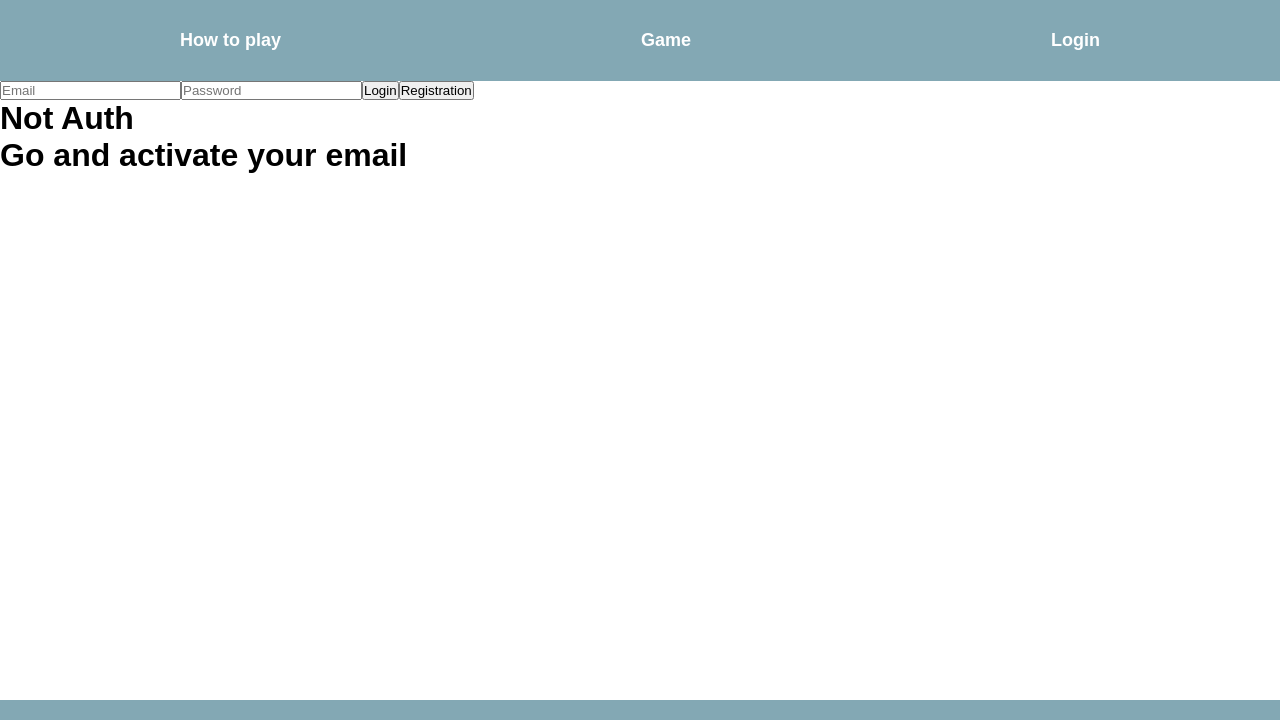
Repository: nika-otter/2048
Page: /login (app in client/)
The author's editor kept a copy of each file at every save. The page is drawn from the files as they stood at one save, then again after the next save.
The browser window is 1280 px wide. The pictures show the whole page.
The project was rebuilt for these pictures with package versions that can differ from the ones it lists, and the page was loaded fresh each time. Also part of the build but not shown: client/src/pages/account/index.jsx, client/src/components/GamePage/GamePage.module.scss, client/src/components/ScoreTable/ScoreTable.module.scss, client/src/components/ScoreTable/ScoreTable.jsx, client/src/components/Game/Tile.jsx, client/src/components/Game/Cell.jsx, client/src/helper/index.js, client/src/hooks/useEvent.jsx and 9 more.

Above is the page before, as saved 2023-04-30 17:50:46.

### client/src/index.js
import React from "react";
import ReactDOM from "react-dom/client";
import "./index.css";
import App from "./App";
import { BrowserRouter } from "react-router-dom";
import Store from "./store/store";

const store = new Store();

export const Context = React.createContext({
  store,
});

const root = ReactDOM.createRoot(document.getElementById("root"));
root.render(
  <Context.Provider value={{ store }}>
    <BrowserRouter>
      <App />
    </BrowserRouter>
  </Context.Provider>
);

### client/src/index.css
* {
  box-sizing: border-box;
  margin: 0;
  padding: 0;
}
#root {
  width: 100vw;
  height: 100%;
}

body {
  /* background-color: #ffffff;
  display: flex;
  justify-content: center;
  align-items: center;*/
  /* height: 100vh; */
  height: 100%;
}
html {
  height: 100%;
}
code {
  font-family: source-code-pro, Menlo, Monaco, Consolas, "Courier New",
    monospace;
}

### client/src/App.js
import { useContext, useEffect, useState } from "react";
import "./App.css";
import LoginForm from "./components/Login/LoginForm";
import AppRouter from "./router/AppRouter";
import { Context } from "./index";
import { observer } from "mobx-react-lite";
import UserService from "./services/UserService";
function App() {
  // const { store } = useContext(Context);
  // const [users, setUsers] = useState([]);
  // useEffect(() => {
  //   if (localStorage.getItem("token")) {
  //     // console.log(localStorage.getItem("token"));
  //     store.checkAuth();
  //   }
  // }, []);

  // if (store.isLoading) {
  //   return <div>Loading...</div>;
  // }
  // async function getUsers() {
  //   try {
  //     const response = await UserService.fetchUsers();
  //     setUsers(response.data);
  //     console.log(response);
  //     setUsers(response.data);
  //   } catch {}
  // }
  return (
    <div className="App">
      <AppRouter />
      {/* <h1>{store.isAuth ? `User: ${store.user.email}` : "Not Auth"}</h1>
      <h1>
        {" "}
        {store.user.isActivated ? `Activated` : "Go and activate your email"}
      </h1>
      <button onClick={() => store.logout()}>Logout</button>
      <button onClick={getUsers}>Get users</button>
      {users.map((user) => (
        <div key={user.email}>{user.email}</div>
      ))}      */}
      {/* <LoginForm /> */}
    </div>
  );
}

export default observer(App);

### client/src/store/store.js
import { makeAutoObservable } from "mobx";
import AuthService from "../services/AuthService";
import axios from "axios";
import { API_URL } from "../http";
import UserService from "../services/UserService";

export default class Store {
  user = {};
  isAuth = false;
  isLoading = false;
  scores = {};
  constructor() {
    makeAutoObservable(this);
  }
  setAuth(bool) {
    this.isAuth = bool;
  }
  setUser(user) {
    this.user = user;
  }

  setLoading(bool) {
    this.isLoading = bool;
  }

  setScores(scores) {
    this.scores = scores;
  }

  async login(email, password) {
    console.log("login");
    try {
      const response = await AuthService.login(email, password);
      console.log(response);
      localStorage.setItem("token", response.data.accessToken);
      this.setAuth(true);
      this.setUser(response.data.user);
      console.log(response.data.user);
    } catch (e) {
      console.log(e.response?.data?.message);
    }
  }

  async registration(email, password) {
    try {
      const response = await AuthService.registration(email, password);
      console.log(response);
      localStorage.setItem("token", response.data.accessToken);
      this.setAuth(true);
      this.setUser(response.data.user);
    } catch (e) {
      console.log(e.response?.data?.message);
    }
  }

  async logout() {
    try {
      const response = await AuthService.logout();
      console.log(response);
      localStorage.removeItem("token", response.data.accessToken);
      this.setAuth(false);
      this.setUser({});
    } catch (e) {
      console.log(e.response?.data?.message);
    }
  }

  async checkAuth() {
    console.log("checkAuth");
    this.setLoading(true);
    try {
      const response = await axios.get(`${API_URL}/refresh`, {
        withCredentials: true,
      });
      console.log(response, "response checkAuth");
      console.log(
        response.data.accessToken,
        "response.data.accessToken checkAuth"
      );
      localStorage.setItem("token", response.data.accessToken);

      this.setAuth(true);
      this.setUser(response.data.user);
    } catch (e) {
      console.log(e.response?.data?.message);
    } finally {
      this.setLoading(false);
    }
  }

  async saveScore(email, score) {
    try {
      const response = await UserService.updateScore(email, score);
      //   this.scores = response.data.user.scores;
      console.log(response.data.user.scores);
    } catch (e) {
      console.log(e.response?.data?.message);
    }
  }
  async getScores(email) {
    this.setLoading(true);
    try {
      const response = await UserService.getScores(email);
      console.log(response, "response getScores store");
      this.setScores(response.data.user.scores);
      //   console.log(response.data.user.scores);
    } catch (e) {
      console.log(e.response?.data?.message);
    } finally {
      // this.setLoading(false);
    }
  }
}

### client/src/App.css
.App {
  /* position: relative; */
  display: flex;
  flex-direction: column;
  height: 100%;
  /* background-color: rgb(188, 121, 39); */
}
/* main {
  flex: 1 0 auto;
} */

### client/src/components/Login/LoginForm.js
import React, { useContext, useState } from "react";
import { Context } from "../../index";
import { observer } from "mobx-react-lite";

const LoginForm = () => {
  const [email, setEmail] = useState("");
  const [password, setPassword] = useState("");
  const { store } = useContext(Context);

  return (
    <div>
      <input
        onChange={(e) => setEmail(e.target.value)}
        value={email}
        type="text"
        placeholder="Email"
      />
      <input
        onChange={(e) => setPassword(e.target.value)}
        value={password}
        type="password"
        placeholder="Password"
      />
      <button onClick={() => store.login(email, password)}>Login</button>
      <button onClick={() => store.registration(email, password)}>
        Registration
      </button>
    </div>
  );
};
export default observer(LoginForm);

### client/src/router/AppRouter.jsx
import { Routes, Route } from "react-router-dom";
import Account from "../pages/Account";
import Game from "../pages/Game";
import Instruction from "../pages/Instruction";
import Login from "../pages/Login";

const AppRouter = () => {
  return (
    <Routes>
      {/* <Route path="/game" element={<Game />} /> */}
      {/* <Route path="/account" element={<Account />} /> */}
      <Route path="/how-to-play" element={<Instruction />} />
      <Route path="/" element={<Game />} />
      <Route path="/login" element={<Login />} />
    </Routes>
  );
};

export default AppRouter;

### client/src/services/UserService.js
import $api from "../http";
export default class UserService {
  static fetchUsers() {
    return $api.get("/users");
  }

  static updateScore(email, score) {
    return $api.post(`/score`, { email, score });
  }

  static async getScores(email) {
    return $api.post(`/scores`, { email });
  }
}

### client/src/services/AuthService.js
import $api from "../http";
export default class AuthService {
  static async login(email, password) {
    return $api.post("/login", { email, password });
  }
  static async registration(email, password) {
    return $api.post("/registration", { email, password });
  }
  static async logout() {
    return $api.post("/logout");
  }
}

### client/src/http/index.js
import axios from "axios";

export const API_URL = "http://localhost:5000/api";

const $api = axios.create({
  withCredentials: true,
  baseURL: API_URL,
});

$api.interceptors.request.use((config) => {
  config.headers.Authorization = `Bearer ${localStorage.getItem("token")}`;
  return config;
});

$api.interceptors.response.use(
  (config) => {
    return config;
  },
  async (error) => {
    const originalRequest = error.config;
    if (
      error.response.status === 401 &&
      error.config &&
      !error.config._isRetry
    ) {
      originalRequest._isRetry = true;
      try {
        const response = await axios.get(`${API_URL}/refresh`, {
          withCredentials: true,
        });
        console.log(response, "response http");
        localStorage.setItem("token", response.data.accessToken);
        return $api.request(originalRequest);
      } catch (e) {
        console.log(e);
        console.log("НЕ АВТОРИЗОВАН");
      }
    }
    throw error;
  }
);
export default $api;

### client/src/pages/Login/index.jsx
import { useContext, useEffect, useState } from "react";
import Header from "../../components/Header/Header";
import LoginForm from "../../components/Login/LoginForm";
import { Context } from "../..";
import UserService from "../../services/UserService";
import { observer } from "mobx-react-lite";
import Footer from "../../components/Footer/Footer";
import LoginPage from "../../components/LoginPage/LoginPage";

function Login() {
  // const { store } = useContext(Context);
  // const [users, setUsers] = useState([]);
  // const [scores, setScores] = useState([]);
  // // console.log(store.user.scores, "store.user from login index.jsx");

  // useEffect(() => {
  //   if (localStorage.getItem("token")) {
  //     console.log(localStorage.getItem("token"), "token from login index.jsx");
  //     store.checkAuth();
  //   }
  // }, []);

  // if (store.isLoading) {
  //   return <div>Loading...</div>;
  // }
  // async function getUsers() {
  //   try {
  //     const response = await UserService.fetchUsers();
  //     // setUsers(response.data);
  //     console.log(response);
  //     setUsers(response.data);
  //   } catch (e) {
  //     console.log(e, "Error");
  //   }
  // }

  // async function getScores(email) {
  //   console.log(email, "email from getScores");
  //   try {
  //     const response = await UserService.getScores(email);
  //     // setUsers(response.data);
  //     console.log(response, "response from getScores");
  //     // console.log(response.data.data.user.scores, "response.data.user.scores");
  //     setScores(response.data.scores);
  //   } catch (e) {
  //     console.log(e, "Error");
  //   }
  // }
  return (
    <>
      <LoginPage />
    </>
  );
}

export default observer(Login);

### client/src/components/Footer/Footer.jsx
import classes from "./Footer.module.scss";

function Footer() {
  return <footer className={classes.footer}></footer>;
}

export default Footer;

### client/src/components/Header/Header.jsx
import { Link } from "react-router-dom";
import classes from "./Header.module.scss";

function Header() {
  return (
    <header className={classes.header}>
      <Link className={classes.link} to="/how-to-play">
        How to play
      </Link>
      <Link className={classes.link} to="/">
        Game
      </Link>
      <Link className={classes.link} to="/login">
        Login
      </Link>
    </header>
  );
}

export default Header;

### client/src/components/LoginPage/LoginPage.jsx
import classes from "./LoginPage.module.scss";
import LoginForm from "../Login/LoginForm";
import { useContext, useEffect, useState } from "react";
import { Context } from "../..";
import Header from "../Header/Header";
import Footer from "../Footer/Footer";
import { observer } from "mobx-react-lite";
import LoginInfo from "../Login/LoginInfo";

function LoginPage() {
  //   const { store } = useContext(Context);
  //   //  const [users, setUsers] = useState([]);
  //   //  const [scores, setScores] = useState([]);
  //   // console.log(store.user.scores, "store.user from login index.jsx");

  //   useEffect(() => {
  //     if (localStorage.getItem("token")) {
  //       console.log(localStorage.getItem("token"), "token from login index.jsx");
  //       store.checkAuth();
  //     }
  //   }, []);

  //   if (store.isLoading) {
  //     return <div>Loading...</div>;
  //   }
  return (
    <>
      <Header />
      <main className={classes.main}>
        {/* <LoginForm /> */}
        <LoginInfo />
      </main>
      <Footer />
    </>
  );
}

export default observer(LoginPage);

### client/src/components/Footer/Footer.module.scss
.footer {
  flex: 0 0 auto;
  height: 20px;
  background-color: rgb(131, 168, 180);
  width: 100%;
}

### client/src/components/Header/Header.module.scss
.header {
  display: flex;
  justify-content: space-around;
  background-color: #83a8b4;
  width: 100%;
}
.link {
  color: white;
  text-decoration: none;
  font-size: large;
  margin-top: 20px;
  margin-bottom: 20px;
  padding: 10px;
  font-weight: bold;
  border-radius: 5px;
  &:hover {
    color: rgb(106, 134, 144);
    background-color: rgb(255, 255, 255);
  }
}

### client/src/components/LoginPage/LoginPage.module.scss
.main {
  flex: 1 0 auto;
}

### client/src/components/Login/LoginInfo.jsx
// import classes from "./LoginPage.module.scss";
import LoginForm from "../Login/LoginForm";
import { useContext, useEffect, useState } from "react";
import { Context } from "../..";
import Header from "../Header/Header";
import Footer from "../Footer/Footer";
import { observer } from "mobx-react-lite";

function LoginInfo() {
  const { store } = useContext(Context);

  useEffect(() => {
    if (localStorage.getItem("token")) {
      console.log(localStorage.getItem("token"), "token from login index.jsx");
      store.checkAuth();
    }
  }, []);

  if (store.isLoading) {
    return <div>Loading...</div>;
  }
  return (
    <>
      {store.isAuth ? <></> : <LoginForm />}

      <h1>{store.isAuth ? `User: ${store.user.email}` : "Not Auth"}</h1>
      <h1>
        {store.user.isActivated && store.isAuth
          ? `Activated`
          : "Go and activate your email"}
      </h1>
      {store.isAuth ? (
        <button onClick={() => store.logout()}>Logout</button>
      ) : (
        <> </>
      )}
    </>
  );
}

export default observer(LoginInfo);

### client/src/components/Game/Board.scss
// @font-face {
//   font-family: "Clear Sans";
//   src: url("../src/clear-sans.ttf") format("truetype");
// }

body {
  display: flex;
  //   background: rgb(2,0,36);
  // background: linear-gradient(90deg, rgba(2,0,36,1) 0%, rgba(87,64,124,1) 47%, rgba(0,212,255,1) 100%);
  //   color: white;
  // flex-direction: column;
  // justify-content: center;
  // align-content: center;
  // align-items: center;
  font-family: "Clear Sans", sans-serif;
  // font-size: 21px;
}

.text {
  // order: 2;
  // padding-top: 40px;
  // width: 440px;
  // font-weight: bold;
}
// main {
//   min-height: 90vh;
// }

// .wrapper {
//   display: flex;
//   flex-direction: column;
//   height: 100%;
// }
// .content {
//   flex: 1 0 auto;
// }
// .footer {
//   flex: 0 0 auto;
// }

.board {
  // order: 1;
  // display: inline-block;

  display: block;
  // justify-content: center;
  margin-left: auto;
  margin-right: auto;
  width: 440px;
  height: 440px;
  // padding: 5px; //вернути треба
  background-color: rgb(131, 168, 180);
  border-radius: 3px;
  // outline: none;
  position: relative;
}

// .board .cell,
// .tile {
//   // user-select: none;
//   // cursor: default;
// }

.details-box {
  display: flex;
  align-items: center;
  padding: 10px;
  justify-content: space-between;
}

.resetButton {
  background-color: rgb(131, 168, 180);
  color: rgb(255, 255, 255);
  cursor: pointer;
  font-size: 25px;
  // padding: 10px 20px;
  border-radius: 3px;
  transition: color 0.3s ease, background-color 0.3s ease;
  &:hover {
    background-color: rgb(131, 168, 180);
    color: rgba(255, 255, 255, 1);
  }
}

.score-header {
  font-size: 1rem;
}

.score-box {
  background-color: rgb(131, 168, 180) 6;
  color: rgb(129, 2, 2);
  // min-width: 50px;
  // width: 70px;
  // padding: 5px 15px;
  border-radius: 3px;
}

.cell,
.tile {
  // display: inline-block;
  width: 100px;
  height: 100px;
  margin: 5px;
  // line-height: 90px;
  display: inline-block;
  font-size: 55px;
  font-weight: bold;
  text-align: center;
  vertical-align: middle;
  border-radius: 3px;
  font-family: "Clear Sans";
  color: rgb(8, 4, 4);
  background-color: rgb(224, 236, 240);
}

.tile0 {
  background-color: rgb(238, 247, 249);
}

.tile2 {
  background-color: rgb(224, 240, 245);
  // background-image: url(./assets/img/2.gif);
}

.tile4 {
  background-color: rgb(199, 221, 228);
  // background-image: url(./assets/img/4.gif);
}

.tile8 {
  background-color: rgb(187, 212, 220);
  // background-image: url(./assets/img/8.gif);
}

.tile16 {
  background-color: rgb(171, 195, 203);
  // background-image: url(./assets/img/16.gif);
}

.tile32 {
  background-color: rgb(140, 165, 174);
  // background-image: url(./assets/img/32.gif);
}

.tile64 {
  background-color: rgb(116, 144, 153);
  // background-image: url(./assets/img/64.gif);
}

.tile128 {
  background-color: rgb(98, 125, 134);
  // background-image: url(./assets/img/128.gif);
}

.tile256 {
  background-color: rgb(71, 91, 98);
  // background-image: url(./assets/img/256.gif);
  font-size: 45px;
}

.tile512 {
  background-color: rgb(45, 68, 75);
  // background-image: url(./assets/img/512.gif);
  font-size: 45px;
}

.tile1024 {
  background-color: rgb(40, 68, 78);
  // background-image: url(./assets/img/1024.gif);
  font-size: 35px;
}

.tile2048 {
  position: absolute;
  background-size: contain;
  left: 0;
  right: 0;
  top: 0;
  bottom: 0;
  padding: 0px;
  background-color: rgb(12, 42, 52);
  // background-image: url(./assets/img/2048.gif);
  font-size: 35px;
}

.try-again {
  z-index: 10;
  height: 100px;
  width: 100px;
  // background-image: url(./assets/img/try-again.gif);
}

.tile {
  position: absolute;
}

.tile.merged {
  display: none;
}

// .tile.merged.isMoving {
//   display: inline;
// }

.tile.new {
  animation-duration: 0.3s;
  animation-name: newTile;
  animation-fill-mode: forwards;
  // animation-delay: 0.15s;
  transform: scale(0);
}
// .tile.random {
//   animation-duration: 3s;
//   animation-name: newTile;
//   animation-fill-mode: forwards;
//   // animation-delay: 0.15s;
//   transform: scale(0);
// }

@keyframes newTile {
  from {
    transform: scale(0);
  }
  to {
    transform: scale(1);
  }
}

// .overlay {
//   position: absolute;
//   top: 0px;
//   bottom: 0px;
//   display: flex;
//   flex-direction: column;
//   align-items: center;
//   justify-content: center;
//   text-align: center;
//   left: 0px;
//   right: 0px;
//   font-size: 55px;
//   font-weight: bolder;
//   border-radius: 7px;
// }

// .tryAgain {
//   background-color: #876;
//   color: #fff;
//   height: 40px;
//   width: 200px;
//   font-size: 20px;
//   font-weight: bold;
//   cursor: pointer;
//   border: none;
//   border-radius: 5px;
//   border: 2px solid white;
// }

// .gameOver {
//   background-size: contain;
//   background-image: url(./assets/img/game-over.gif);
//   position: absolute;
//   top: 0;
//   right: 0;
//   bottom: 0;
//   left: 0;
//   z-index: 100;
//   text-align: center;
// }

.overlay .message {
  color: #666;
}

@for $row from 0 through 3 {
  @for $column from 0 through 3 {
    .position_#{$row}_#{$column}:not(.isMoving) {
      top: 110px * $row;
      left: 110px * $column;
    }
  }
}

@for $fromRow from 0 through 3 {
  @for $toRow from 0 through 3 {
    $name: row_from_#{$fromRow}_to_#{$toRow};

    @if $fromRow == $toRow {
      .#{$name} {
        top: 110px * $toRow;
      }
    } @else {
      .#{$name} {
        animation-duration: 0.2s;
        animation-name: $name;
        animation-fill-mode: forwards;
      }

      @keyframes #{$name} {
        from {
          top: 110px * $fromRow;
        }
        to {
          top: 110px * $toRow;
        }
      }
    }
  }
}

@for $fromColumn from 0 through 3 {
  @for $toColumn from 0 through 3 {
    $name: column_from_#{$fromColumn}_to_#{$toColumn};

    @if $fromColumn == $toColumn {
      .#{$name} {
        left: 110px * $toColumn;
      }
    } @else {
      .#{$name} {
        animation-duration: 0.2s;
        animation-name: $name;
        animation-fill-mode: forwards;
      }

      @keyframes #{$name} {
        from {
          left: 110px * $fromColumn;
        }
        to {
          left: 110px * $toColumn;
        }
      }
    }
  }
}

Loaded but not shown: client/public/index.html (common file)

After the next save:
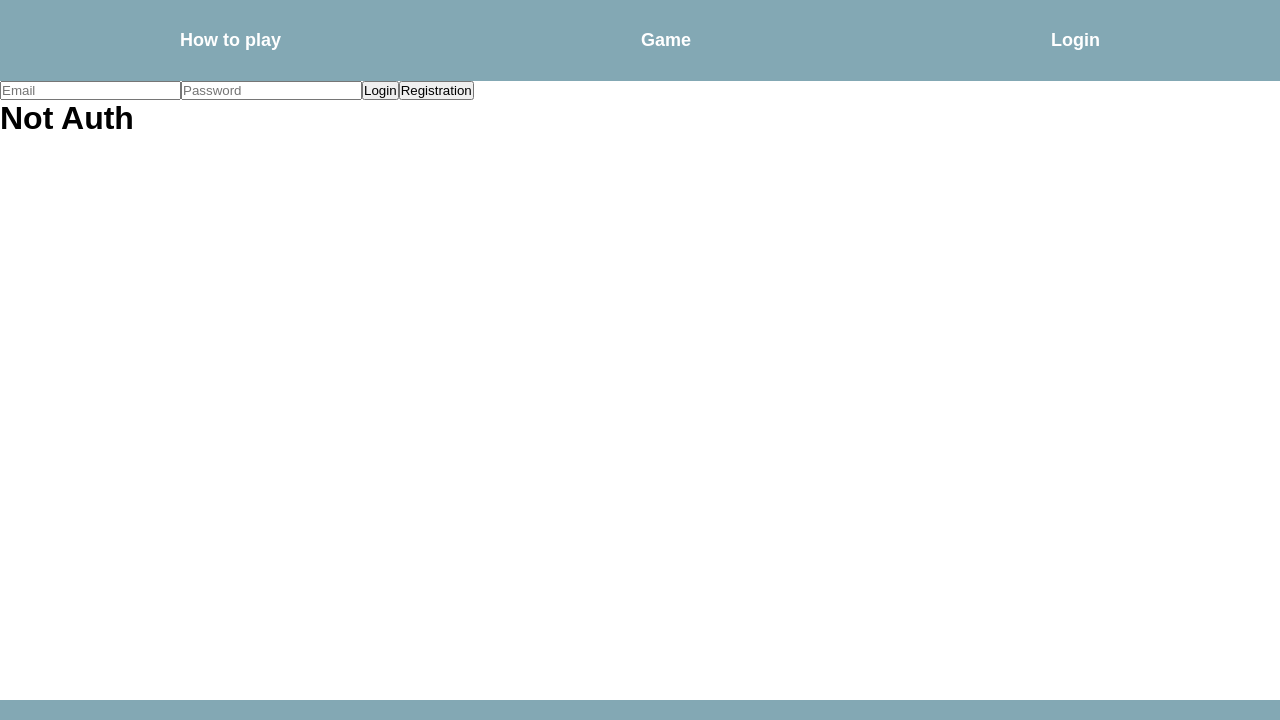
Saved 2 min 2 s later.
--- a/client/src/components/Login/LoginInfo.jsx
+++ b/client/src/components/Login/LoginInfo.jsx
@@ -25,9 +25,15 @@ function LoginInfo() {
 
       <h1>{store.isAuth ? `User: ${store.user.email}` : "Not Auth"}</h1>
       <h1>
-        {store.user.isActivated && store.isAuth
-          ? `Activated`
-          : "Go and activate your email"}
+        {store.isAuth ? (
+          <>
+            {store.user.isActivated
+              ? `Activated`
+              : "Go and activate your email"}
+          </>
+        ) : (
+          <></>
+        )}
       </h1>
       {store.isAuth ? (
         <button onClick={() => store.logout()}>Logout</button>
